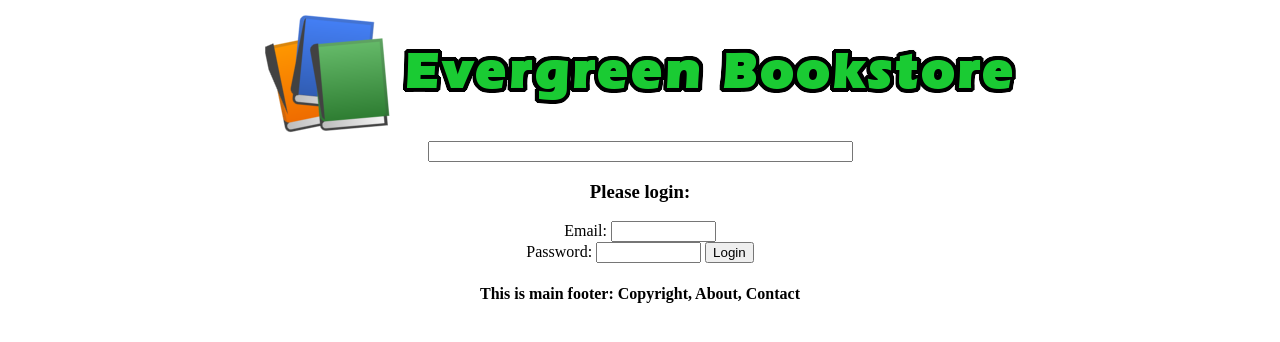
Repository: JadeWensyl/BookStoreProject
Page: http://localhost/BookStoreWebsite/frontend/login.jsp
An editor plug-in stored every save of this project. The page is shown before and after the next save, followed by the edit.
The browser window is 1280 px wide. The pictures show the whole page.
The page is served by Tomcat 9.

Above is the page before, as saved 2020-01-03 05:18:49.

After the next save:
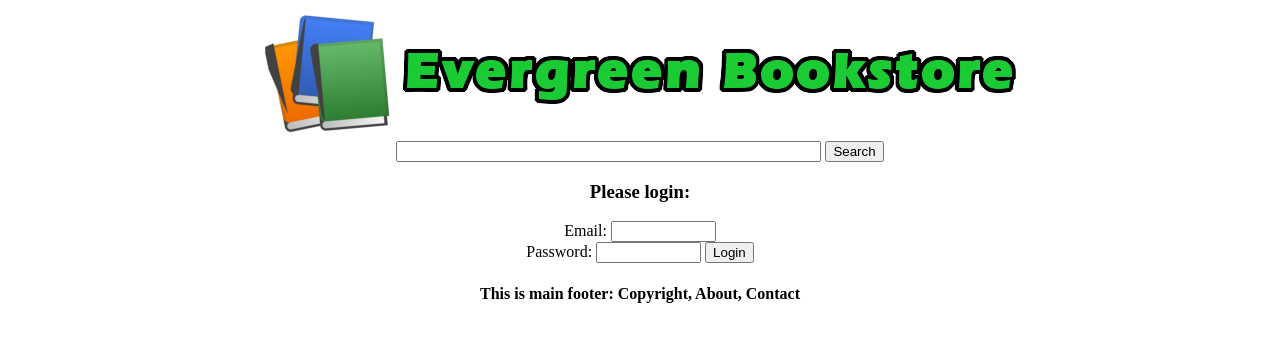
Saved 26 s later.
--- a/BookStoreWebsite/WebContent/frontend/header.jsp
+++ b/BookStoreWebsite/WebContent/frontend/header.jsp
@@ -4,6 +4,7 @@
 		</div>
 		<div>
 			<input type="text" name="keyword" size="50" />
+			<input type="button" value="Search" />
 		</div>
 
 	</div>
